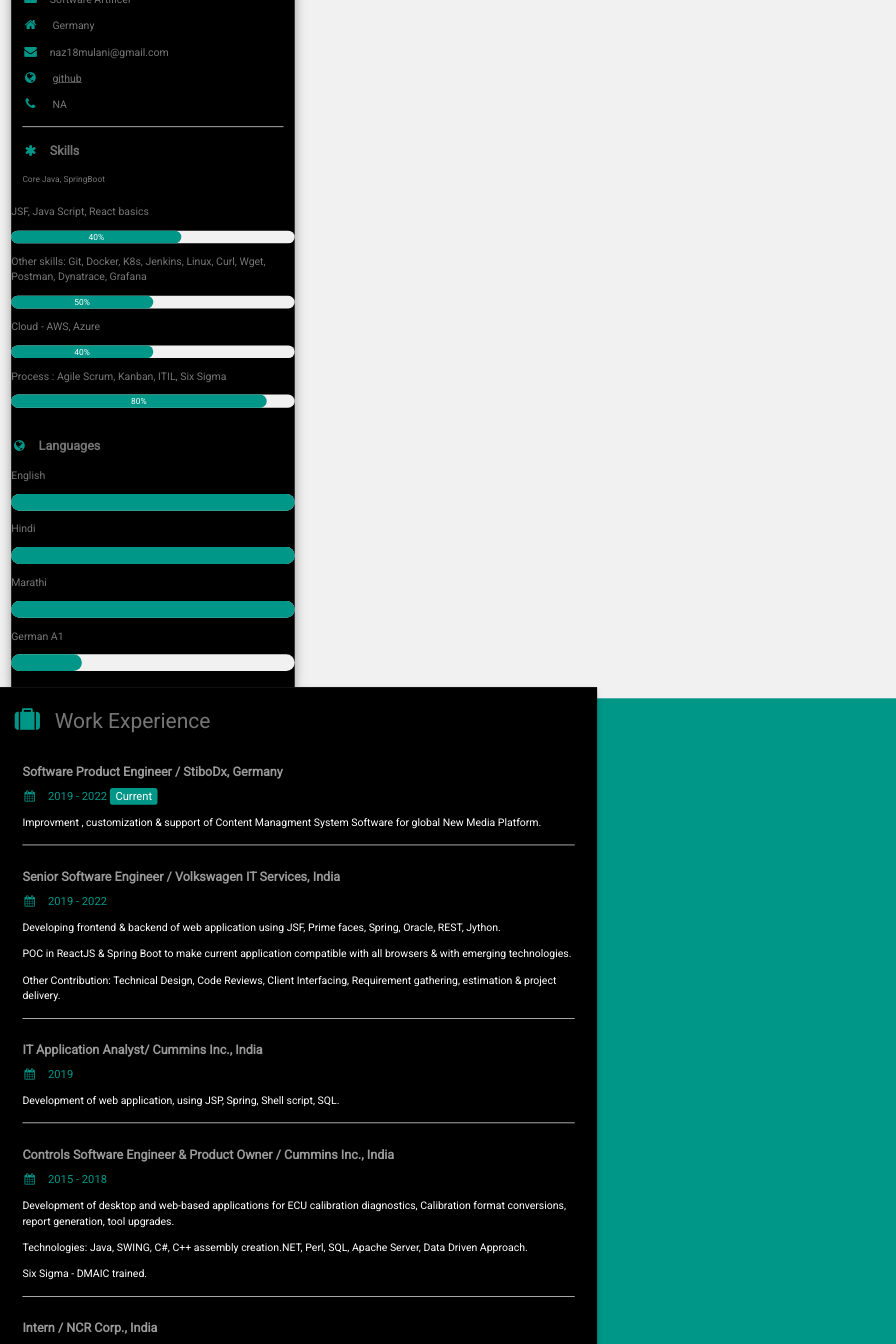
Repository: nazneenprojects/nazneen.github.io
Page: index.html
An editor plug-in stored every save of this project. The page is shown before and after the next save, followed by the edit.
The browser window is 1280 px wide. The pictures show the part of the page from y = 422 to 2342 px (the page is 3078 px tall before and 3086 px after), at 70% of full size.

Above is the page before, as saved 2023-07-09 11:29:38.

### index.html
<!DOCTYPE html>
<html>
<title>Nazneen Portfolio</title>
<meta charset="UTF-8">
<meta name="viewport" content="width=device-width, initial-scale=1">
<link rel="stylesheet" href="https://www.w3schools.com/w3css/4/w3.css">
<link rel='stylesheet' href='https://fonts.googleapis.com/css?family=Roboto'>
<link rel="stylesheet" href="https://cdnjs.cloudflare.com/ajax/libs/font-awesome/4.7.0/css/font-awesome.min.css">
<style>
html,body,h1,h2,h3,h4,h5,h6 {font-family: "Roboto", sans-serif}
</style>
<body class="w3-light-grey">

<!-- Page Container -->
<div class="w3-content w3-margin-top" style="max-width:1400px;">

  <!-- The Grid -->
  <div class="w3-row-padding">

    <!-- Left Column -->
    <div class="w3-third">

      <div class="w3-black w3-text-grey w3-card-4">
        <div class="w3-display-container">
          <img src="IMG_NazneenM.JPG" style="width:100%" alt="Avatar">
          <div class="w3-display-bottomleft w3-container w3-text-black">
          </div>
        </div>
        <div class="w3-container">
          <h2>Nazneen Mulani</h2>
          <p><i class="fa fa-briefcase fa-fw w3-margin-right w3-large w3-text-teal"></i>Software Artificer</p>
          <p><i class="fa fa-home fa-fw w3-margin-right w3-large w3-text-teal"></i> Germany </p>
          <p><i class="fa fa-envelope fa-fw w3-margin-right w3-large w3-text-teal"></i>naz18mulani@gmail.com</p>
          <p><i class="fa fa-globe fa-fw w3-margin-right w3-large w3-text-teal"></i>
          <a href="https://github.com/nazneenprojects">github</a>
          </p>
          <p><i class="fa fa-phone fa-fw w3-margin-right w3-large w3-text-teal"></i> NA </p>
          <hr>

          <p class="w3-large"><b><i class="fa fa-asterisk fa-fw w3-margin-right w3-text-teal"></i>Skills</b></p>
          <p class="w3-light-white w3-round-xlarge w3-small">Core Java, SpringBoot</p>


          </div>
          <p>JSF, Java Script, React basics</p>
          <div class="w3-light-grey w3-round-xlarge w3-small">
            <div class="w3-container w3-center w3-round-xlarge w3-teal" style="width:60%">
              <div class="w3-center w3-text-white">40%</div>
            </div>
          </div>
          <p>Other skills: Git, Docker, K8s, Jenkins, Linux, Curl, Wget, Postman, Dynatrace, Grafana</p>
          <div class="w3-light-grey w3-round-xlarge w3-small">
            <div class="w3-container w3-center w3-round-xlarge w3-teal" style="width:50%">50%</div>
          </div>
          <p>Cloud - AWS, Azure</p>
          <div class="w3-light-grey w3-round-xlarge w3-small">
            <div class="w3-container w3-center w3-round-xlarge w3-teal" style="width:50%">40%</div>
          </div>
          <p>Process : Agile Scrum, Kanban, ITIL, Six Sigma</p>
          <div class="w3-light-grey w3-round-xlarge w3-small">
            <div class="w3-container w3-center w3-round-xlarge w3-teal" style="width:90%">80%</div>
          </div>
          <br>

          <p class="w3-large w3-text-theme"><b><i class="fa fa-globe fa-fw w3-margin-right w3-text-teal"></i>Languages</b></p>
          <p>English</p>
          <div class="w3-light-grey w3-round-xlarge">
            <div class="w3-round-xlarge w3-teal" style="height:24px;width:100%"></div>
          </div>
          <p>Hindi</p>
          <div class="w3-light-grey w3-round-xlarge">
            <div class="w3-round-xlarge w3-teal" style="height:24px;width:100%"></div>
          </div>
          <p>Marathi</p>
          <div class="w3-light-grey w3-round-xlarge">
            <div class="w3-round-xlarge w3-teal" style="height:24px;width:100%"></div>
          </div>
          <p>German A1</p>
          <div class="w3-light-grey w3-round-xlarge">
            <div class="w3-round-xlarge w3-teal" style="height:24px;width:25%"></div>
          </div>
          <br>
        </div>
      </div><br>

    <!-- End Left Column -->
    </div>

    <!-- Right Column -->
    <div class="w3-twothird">

      <div class="w3-container w3-card w3-black w3-margin-bottom">
        <h2 class="w3-text-grey w3-padding-16"><i class="fa fa-suitcase fa-fw w3-margin-right w3-xxlarge w3-text-teal"></i>Work Experience</h2>
        <div class="w3-container">
          <h5 class="w3-opacity"><b>Software Product Engineer / StiboDx, Germany</b></h5>
          <h6 class="w3-text-teal"><i class="fa fa-calendar fa-fw w3-margin-right"></i>2019 - 2022 <span class="w3-tag w3-teal w3-round">Current</span></h6>
          <p> Improvment , customization & support of Content Managment System Software for global New Media Platform.</p>
          <hr>
        </div>
        <div class="w3-container">
          <h5 class="w3-opacity"><b>Senior Software Engineer / Volkswagen IT Services, India</b></h5>
          <h6 class="w3-text-teal"><i class="fa fa-calendar fa-fw w3-margin-right"></i>2019 - 2022</h6>
          <p>Developing frontend & backend of web application using JSF, Prime faces, Spring, Oracle, REST, Jython.</p>
          <p>POC in ReactJS & Spring Boot to make current application compatible with all browsers & with emerging technologies.</p>
          <p>Other Contribution: Technical Design, Code Reviews, Client Interfacing, Requirement gathering, estimation & project delivery.</p>
          <hr>
        </div>
        <div class="w3-container">
          <h5 class="w3-opacity"><b>IT Application Analyst/ Cummins Inc., India</b></h5>
          <h6 class="w3-text-teal"><i class="fa fa-calendar fa-fw w3-margin-right"></i>2019 </h6>
          <p>Development of web application, using JSP, Spring, Shell script, SQL.</p>
          <hr>
        </div>
        <div class="w3-container">
          <h5 class="w3-opacity"><b>Controls Software Engineer & Product Owner / Cummins Inc., India</b></h5>
          <h6 class="w3-text-teal"><i class="fa fa-calendar fa-fw w3-margin-right"></i>2015 - 2018</h6>
          <p>Development of desktop and web-based applications for ECU calibration diagnostics, Calibration format conversions, report generation, tool upgrades.</p>
          <p>Technologies: Java, SWING, C#, C++ assembly creation.NET, Perl, SQL, Apache Server, Data Driven Approach.</p>
          <p>Six Sigma - DMAIC trained.</p>
          <hr>
        </div>
        <div class="w3-container">
          <h5 class="w3-opacity"><b>Intern / NCR Corp., India</b></h5>
          <h6 class="w3-text-teal"><i class="fa fa-calendar fa-fw w3-margin-right"></i>Jul 2014 - Nov 2014</h6>
          <p>Worked on analysis of Java REST web service and created POC application. </p><br>
        </div>
      </div>

      <div class="w3-container w3-card w3-black">
        <h2 class="w3-text-grey w3-padding-16"><i class="fa fa-certificate fa-fw w3-margin-right w3-xxlarge w3-text-teal"></i>Education</h2>
        <div class="w3-container">
          <h5 class="w3-opacity"><b> Symbiosis International University</b></h5>
          <h6 class="w3-text-teal"><i class="fa fa-calendar fa-fw w3-margin-right"></i>2013-2015</h6>
          <p>Master of Technology - Computer Science</p>
          <p>Research Work</p>
          <p>
            Research work on implementing COBWEB algorithm for Cloud DB security to prevent Brute Force attack. Research paper accepted, presented in ICACCI conference 2015. Publications in

            <a href="https://www.sciencedirect.com/science/article/pii/S1877050915005359">ScienceDirect</a> &
            <a href="https://www.ripublication.com/Volume/ijaerv10n12.htm">IJAER</a>
          </p>
          <hr>
        </div>
        <div class="w3-container">
          <h5 class="w3-opacity"><b>Mumbai Univerisy</b></h5>
          <h6 class="w3-text-teal"><i class="fa fa-calendar fa-fw w3-margin-right"></i>2009 - 2012</h6>
          <p>Bachelor of Engineering - Computer Science</p>
          <hr>
        </div>
      </div>

    <!-- End Right Column -->
    </div>

  <!-- End Grid -->
  </div>

  <!-- End Page Container -->
</div>

<footer class="w3-container w3-teal w3-center w3-margin-top">

  <p>find me on social media!</p>
  <a href="https://www.linkedin.com/in/nazneen-mulani-05004012a/"> <i class="fa fa-linkedin w3-hover-opacity"></i></a>
  <p>Copyright@2023</p>
 <!--
  <i class="fa fa-facebook-official w3-hover-opacity"></i>
  <i class="fa fa-instagram w3-hover-opacity"></i>
  <i class="fa fa-snapchat w3-hover-opacity"></i>
  <i class="fa fa-pinterest-p w3-hover-opacity"></i>
  <i class="fa fa-twitter w3-hover-opacity"></i>
  <p>Powered by <a href="https://www.w3schools.com/w3css/default.asp" target="_blank">w3.css</a></p>
 -->
</footer>

</body>
</html>

After the next save:
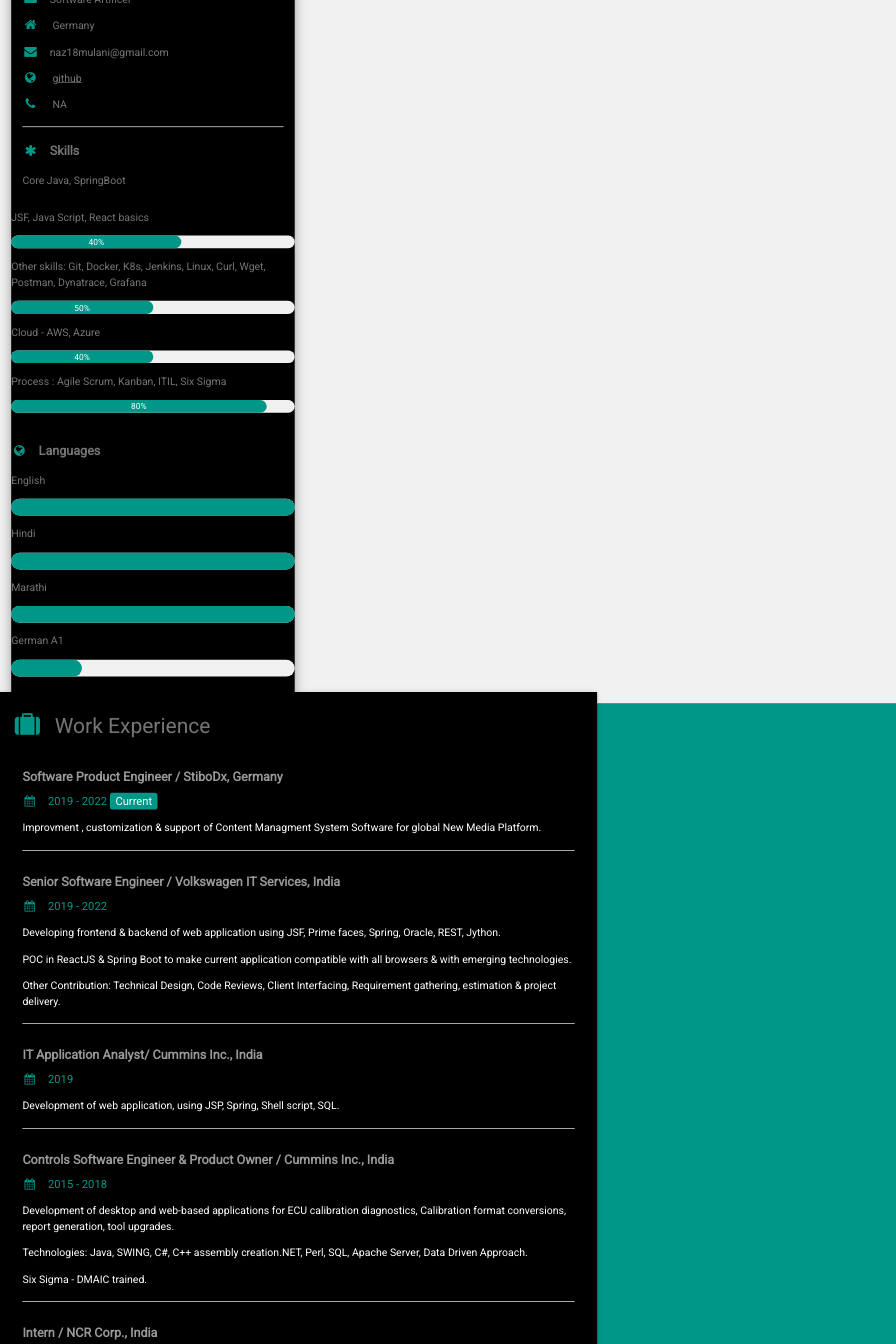
Saved 16 s later.
--- a/index.html
+++ b/index.html
@@ -38,7 +38,7 @@
           <hr>
 
           <p class="w3-large"><b><i class="fa fa-asterisk fa-fw w3-margin-right w3-text-teal"></i>Skills</b></p>
-          <p class="w3-light-white w3-round-xlarge w3-small">Core Java, SpringBoot</p>
+          <p class="w3-light-white">Core Java, SpringBoot</p>
 
 
           </div>
